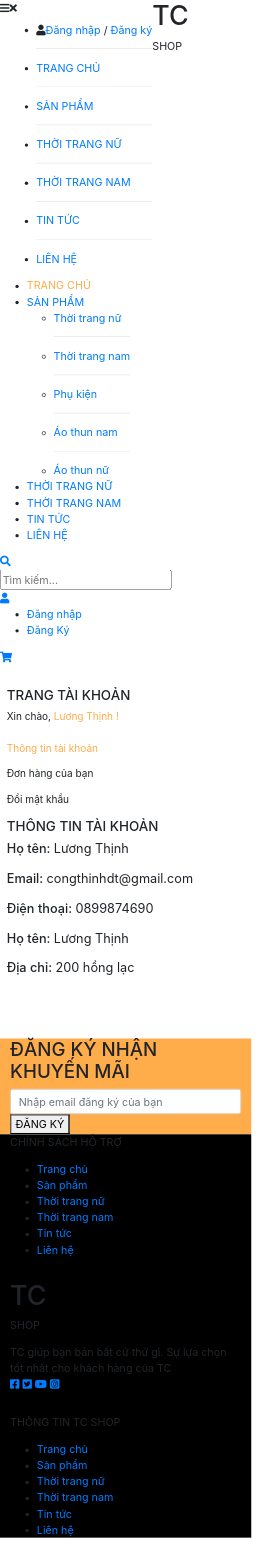
Repository: congthinh1701/TCshop
Page: ThongTinTaiKhoan.html
An editor plug-in stored every save of this project. The page is shown before and after the next save, followed by the edit.
The browser window is 375 px wide. The page is 385 px wide, so the pictures cover 385 px, including what lies to the right of the window. The pictures show the whole page, at 67% of full size.
The style sheet was rebuilt from its Sass, Less or Tailwind sources for each picture, by a compiler version that may differ from the author's.

Above is the page before, as saved 2021-09-08 17:31:05.

### ThongTinTaiKhoan.html
<!DOCTYPE html>
<html lang="en">
<head>
    <meta charset="UTF-8">
    <meta http-equiv="X-UA-Compatible" content="IE=edge">
    <meta name="viewport" content="width=device-width, initial-scale=1.0">
    <title>Document</title>
    <link rel="stylesheet" href="fontawesome-free-5.15.4-web/css/all.css">
    <link rel="stylesheet" href="sass/style.css">
</head>
<body>
    <div id="headerID"> <!-- your header --> </div>
    <div class="container admin">
        <div class="trang-tai-khoan">
            <h5>TRANG TÀI KHOẢN</h5>
            <div class="trang-tai-khoan-hello left ">
                <p>Xin chào, <span>Lương Thịnh !</span></p>
            </div>
            <div class="trang-tai-khoan-thong-tin left active">
                <p>Thông tin tài khoản</p>
            </div>
            <div class="trang-tai-khoan-hello left">
                <p>Đơn hàng của bạn</p>
            </div>
            <div class="trang-tai-khoan-hello left">
                <p>Đổi mật khẩu</p>
            </div>
        </div>
        <div class="thong-tin-tai-khoan">
            <h5>THÔNG TIN TÀI KHOẢN</h5>
            <div class="thong-tin-tai-khoan-name">
                <p><span>Họ tên: </span>Lương Thịnh</p>
                <p><span>Email: </span>congthinhdt@gmail.com</p>
                <p><span>Điện thoại: </span>0899874690</p>
                <p><span>Họ tên: </span>Lương Thịnh</p>
                <p><span>Địa chỉ: </span>200 hồng lạc</p>
            </div>
        </div>
    </div>
    <div id="footerID"> <!-- your header --> </div>
    <script src="https://cdnjs.cloudflare.com/ajax/libs/jquery/3.6.0/jquery.min.js" integrity="sha512-894YE6QWD5I59HgZOGReFYm4dnWc1Qt5NtvYSaNcOP+u1T9qYdvdihz0PPSiiqn/+/3e7Jo4EaG7TubfWGUrMQ==" crossorigin="anonymous" referrerpolicy="no-referrer"></script>
    <script>
        $("#headerID").load("header.html");
        $("#footerID").load("footer.html");
      </script>
</body>
</html>

### header.html
<!DOCTYPE html>
<html lang="en">
<head>
    <meta charset="UTF-8">
    <meta http-equiv="X-UA-Compatible" content="IE=edge">
    <meta name="viewport" content="width=device-width, initial-scale=1.0">
    <title>Document</title>
    <link rel="stylesheet" href="assets/css/style.css">
    <link rel="stylesheet" href="assets/css/base.css">
    <link rel="stylesheet" href="fontawesome-free-5.15.4-web/css/all.css">
    <link rel="stylesheet" href="https://maxcdn.bootstrapcdn.com/bootstrap/4.1.3/css/bootstrap.min.css">
    <script src="https://maxcdn.bootstrapcdn.com/bootstrap/4.1.3/js/bootstrap.min.js"></script>
</head>
<body>
    <div class="container-lg">
        <div class="nav">
            <label for="nav-mobile-input" class="nav_bars-btn">
                <i class="fas fa-bars"></i>
            </label>

            <input hidden type="checkbox" name="" class="nav_input" id="nav-mobile-input">
            <label for="nav-mobile-input" class="nav_overlay"></label>
            <nav class="nav-mobile">
                <label for="nav-mobile-input" class="nav__mobile-close">
                    <i class="fas fa-times"></i>
                </label>
                <ul class="nav__mobile-list">

                    <li class="nav__mobile-list-user">

                        <p><i class="fas fa-user"></i><a href="#">Đăng nhập</a> <span>/</span> <a href="#">Đăng ký</a>
                        </p>
                    </li>
                    <hr>
                    <li>
                        <a href="" class="nav__mobile-link">TRANG CHỦ</a>
                    </li>
                    <hr>
                    <li>
                        <a href="" class="nav__mobile-link">SẢN PHẨM</a>
                    </li>
                    <hr>
                    <li>
                        <a href="" class="nav__mobile-link">THỜI TRANG NỮ</a>
                    </li>
                    <hr>
                    <li>
                        <a href="" class="nav__mobile-link">THỜI TRANG NAM</a>
                    </li>
                    <hr>
                    <li>
                        <a href="" class="nav__mobile-link">TIN TỨC</a>
                    </li>
                    <hr>
                    <li>
                        <a href="" class="nav__mobile-link">LIÊN HỆ</a>
                    </li>
                </ul>
            </nav>
            <div class="nav-logo">
                <h1>TC</h1>
                <p>SHOP</p>
            </div>
            <nav class="nav-pc">
                <ul class="nav__list">
                    <li>
                        <a style="color:#ffac4b" href="home.html" class="nav__link">TRANG CHỦ</a>
                    </li>
                    <li class="options">
                        <a href="" class="nav__link">SẢN PHẨM</a>
                        <div class="nav__link-options">
                            <ul class="nav__link-options-list">
                                <li><a href="#">Thời trang nữ</a></li>
                                <hr>
                                <li><a href="#">Thời trang nam</a></li>
                                <hr>
                                <li><a href="#">Phụ kiện</a></li>
                                <hr>
                                <li><a href="#">Áo thun nam</a></li>
                                <hr>
                                <li><a href="#">Áo thun nữ</a></li>
                            </ul>
                        </div>
                    </li>
                    <li>
                        <a href="" class="nav__link">THỜI TRANG NỮ</a>
                    </li>
                    <li>
                        <a href="" class="nav__link">THỜI TRANG NAM</a>
                    </li>
                    <li>
                        <a href="" class="nav__link">TIN TỨC</a>
                    </li>
                    <li>
                        <a href="" class="nav__link">LIÊN HỆ</a>
                    </li>
                </ul>
            </nav>
            <div class="nav-right">
                <div class="search">
                    <a href="#"><i class="fas fa-search"></i></a>
                    <div class="search-hover">
                        <form>
                            <input class="search" type="text" name="search" placeholder="Tìm kiếm..." />
                        </form>
                    </div>
                </div>
                <div class="user">
                    <a href="#"> <i class="fas fa-user"></i></a>
                    <div class="user-hover">
                        <ul class="user-hover-list">
                            <li class="nav_link"><a href="#">Đăng nhập</a></li>
                            <li><a href="#">Đăng Ký</a></li>
                        </ul>
                    </div>
                </div>
                <div class="shopping">
                    <a href="card.html"><i class="fas fa-shopping-cart"></i></a>

                </div>
            </div>


        </div>
    </div>
</body>
</html>

### footer.html
<!DOCTYPE html>
<html lang="en">
<head>
    <meta charset="UTF-8">
    <meta http-equiv="X-UA-Compatible" content="IE=edge">
    <meta name="viewport" content="width=device-width, initial-scale=1.0">
    <title>Document</title>
    <link rel="stylesheet" href="assets/css/style.css">
    <link rel="stylesheet" href="assets/css/base.css">
    <link rel="stylesheet" href="fontawesome-free-5.15.4-web/css/all.css">
    <link rel="stylesheet" href="https://maxcdn.bootstrapcdn.com/bootstrap/4.1.3/css/bootstrap.min.css">
    <script src="https://maxcdn.bootstrapcdn.com/bootstrap/4.1.3/js/bootstrap.min.js"></script>
</head>
<body>
    <div class="container-lg" style="background-color: #ffac4b; margin-top: 50px;">
        <div class="container dangky">
            <div class="dangky-left">
                <h3>ĐĂNG KÝ NHẬN KHUYẾN MÃI</h3>
            </div>
            <div class="dangky-right">
                <form>
                    <input class="form-control" type="text" placeholder="Nhập email đăng ký của bạn">
                    <button type="button">ĐĂNG KÝ</button>
                </form>
            </div>
        </div>
    </div>

    <div class="container-lg" style="background-color: black">
        <div class="container footer">
            <div class="chinhsach-hotro">
                <p class="header">CHÍNH SÁCH HỖ TRỢ</p>
                <ul class="nav-list">
                    <li class="nav_link"><a href="#">Trang chủ</a></li>
                    <li class="nav_link"><a href="#">Sản phẩm</a></li>
                    <li class="nav_link"><a href="#">Thời trang nữ</a></li>
                    <li class="nav_link"><a href="#">Thời trang nam</a></li>
                    <li class="nav_link"><a href="#">Tin tức</a></li>
                    <li class="nav_link"><a href="#">Liên hệ</a></li>
                </ul>
            </div>
            <hr>
            <div class="ketnoi-shop">
                <h1>TC</h1>
                <p>SHOP</p>
                <span>TC giúp bạn bán bất cứ thứ gì. Sự lựa chọn tốt nhất cho khách hàng của TC</span>
                <div class="mangxahoi">
                    <a href="#"><i class="fab fa-facebook-square"></i></a>
                    <a href="#"><i class="fab fa-twitter-square"></i></a>
                    <a href="#"><i class="fab fa-youtube"></i></a>
                    <a href="#"><i class="fab fa-instagram-square"></i></a>
                </div>
            </div>
            <hr>
            <div class="thongtin-shop">
                <p class="header">THÔNG TIN TC SHOP</p>
                <ul class="nav-list">
                    <li class="nav_link"><a href="#">Trang chủ</a></li>
                    <li class="nav_link"><a href="#">Sản phẩm</a></li>
                    <li class="nav_link"><a href="#">Thời trang nữ</a></li>
                    <li class="nav_link"><a href="#">Thời trang nam</a></li>
                    <li class="nav_link"><a href="#">Tin tức</a></li>
                    <li class="nav_link"><a href="#">Liên hệ</a></li>
                </ul>
            </div>
        </div>
    </div>
</body>
</html>

### assets/css/base.css
:root{
    --primary-color:#EE4D2D;
    --primary-color-rgba:rgb(238,75,43);
    --white-color:#fff;
    --black-color:#000;
    --text-color:#333333;
    --font-weight:700;
    --font-size-product:19px;
    --font-weight-product:400;
    --font-size-price:18px;
    --header-height:120px;
    --navbar-height:34px;
    --header-with-search-height:calc(var(var(--header-height)-var(var(--navbar-height))))

}

### sass/style.scss

$text-fontSize:17px;
$text-fontSizeTK:19px;
$fontWeight:500;

.admin{
    display:flex;
    --columns:2;
    margin-top: 50px;
    @media (max-width: 923px) {
        --columns:1;
        display:unset;
        .trang-tai-khoan{
            width: calc(100% / var(--columns));
            margin: 50px;
        }
        .thong-tin-tai-khoan{
            width: calc(100% / var(--columns));
            margin: 50px;
        }
    }
    @media (max-width: 623px) {
        .trang-tai-khoan{
            width: calc(100% / var(--columns));
            margin: 10px;
            p{
                font-size: calc($text-fontSize - 2px);
            }
        }
        .thong-tin-tai-khoan{
            width: calc(100% / var(--columns));
            margin: 10px;
        }
    }
}
.trang-tai-khoan{
    width: calc(100% / var(--columns) - 20%);
    p{
        font-size: $text-fontSize;
        &:hover{
            color: #ffac4b;
        }
        span{
            color: #ffac4b;
        }
    }
    &-thong-tin{
        margin-top:25px
    }
    .active {
        color: #ffac4b;
    }
}
.thong-tin-tai-khoan{
    width: calc(100% / var(--columns) + 20%);
    p{
        font-size: $text-fontSizeTK;
        span{
            font-weight: $fontWeight;
        }
    }
}

Loaded but not shown: fontawesome-free-5.15.4-web/css/all.css (library)

After the next save:
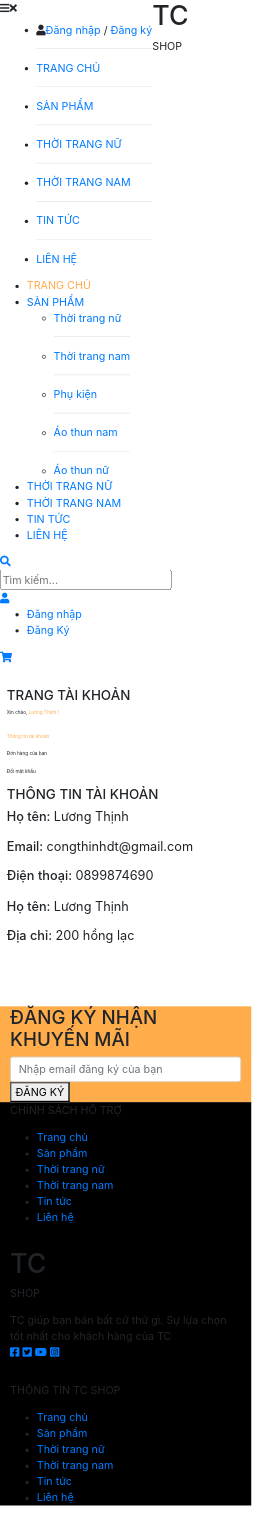
Saved 5 s later.
--- a/sass/style.scss
+++ b/sass/style.scss
@@ -24,7 +24,7 @@
             width: calc(100% / var(--columns));
             margin: 10px;
             p{
-                font-size: calc($text-fontSize - 2px);
+                font-size: calc($text-fontSize - 10px);
             }
         }
         .thong-tin-tai-khoan{

After the save that followed:
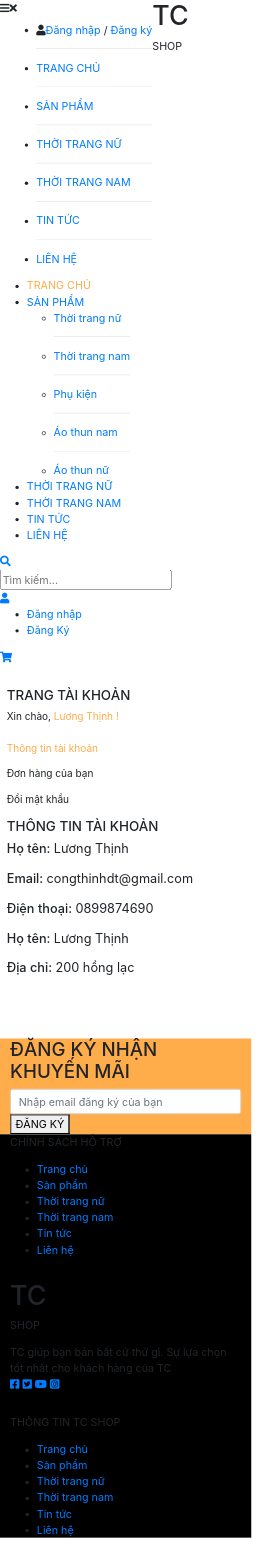
Saved 13 s later.
--- a/sass/style.scss
+++ b/sass/style.scss
@@ -24,7 +24,7 @@
             width: calc(100% / var(--columns));
             margin: 10px;
             p{
-                font-size: calc($text-fontSize - 10px);
+                font-size: 15px;
             }
         }
         .thong-tin-tai-khoan{
